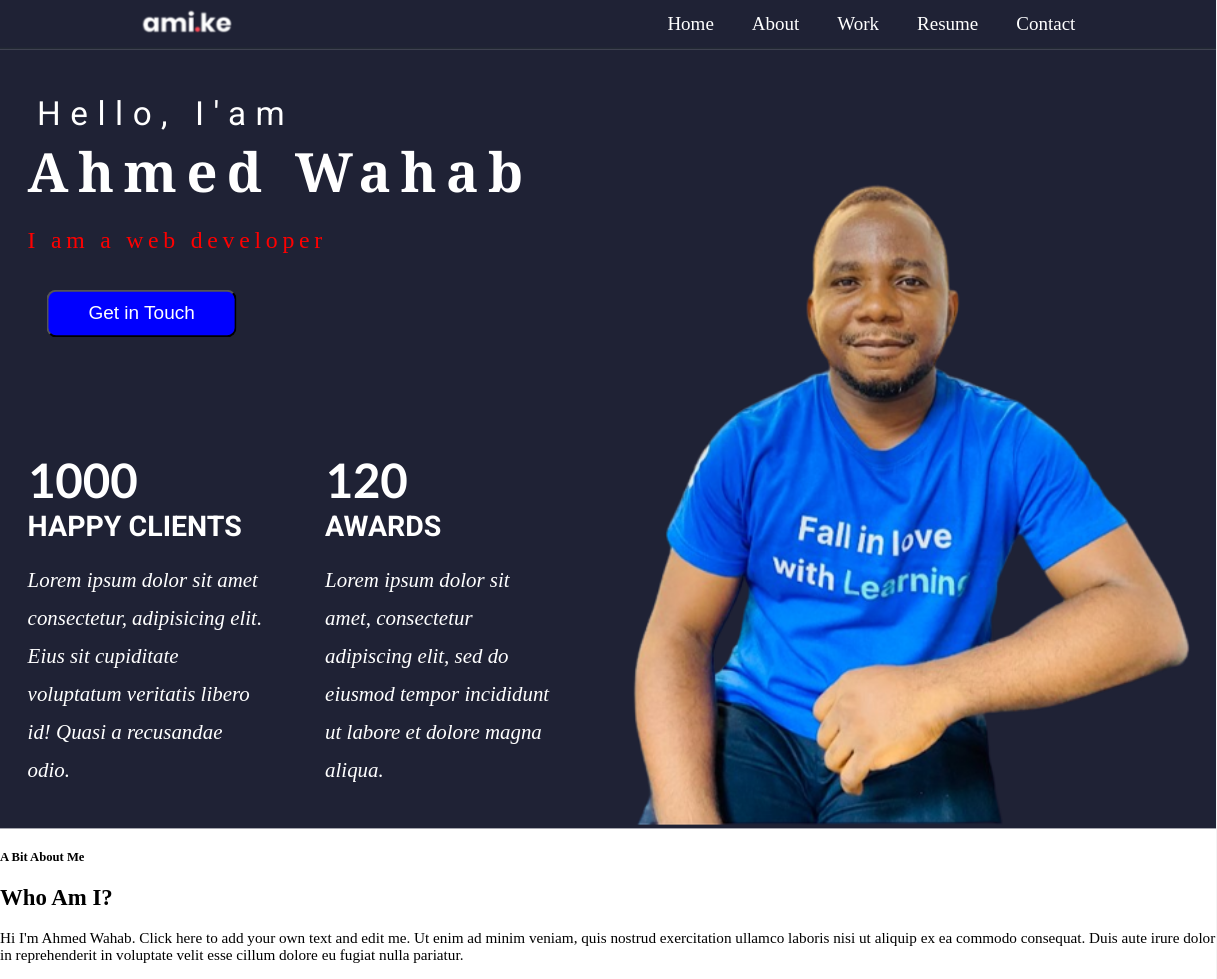
Repository: imokha01/HTML
Page: index.html
An editor plug-in stored every save of this project. The page is shown before and after a run of saves, followed by the edit.
The browser window is 1280 px wide. The page is 1281 px wide, so the pictures cover 1281 px, including what lies to the right of the window. The pictures show the whole page, at 95% of full size.
The pointer rests on the first visible `.my_name button`.

Above is the page before, as saved 2023-11-20 15:36:55.

After the next 6 saves:
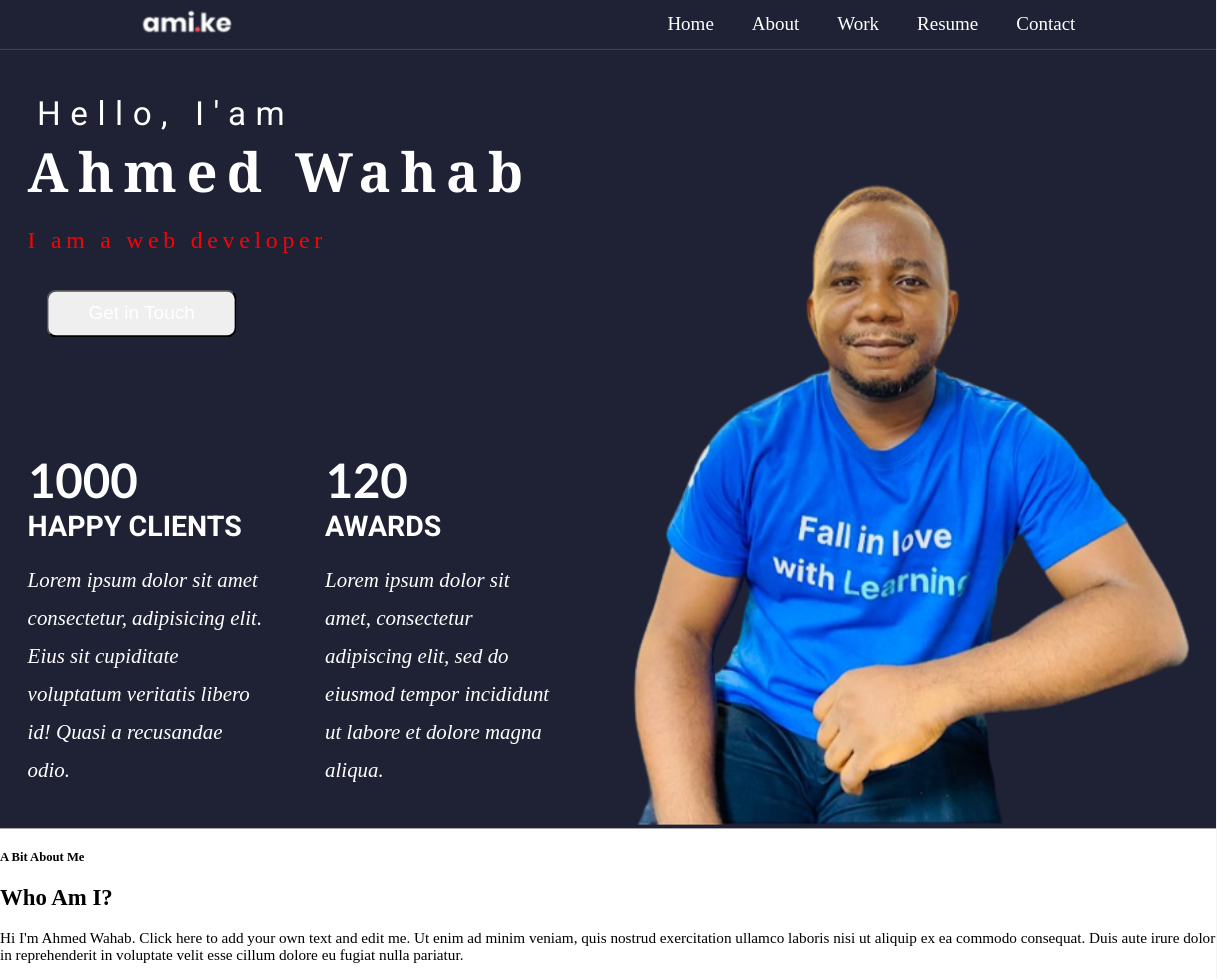
The 6 saves are shown as one change because they came seconds apart.
The last was saved 4 min 56 s later.
--- a/index.css
+++ b/index.css
@@ -111,7 +111,7 @@ h1 {
 
 .my_name button:hover {
   color: white;
-  background-color: blue;
+  background-color: 0169f6;
 }
 
 
